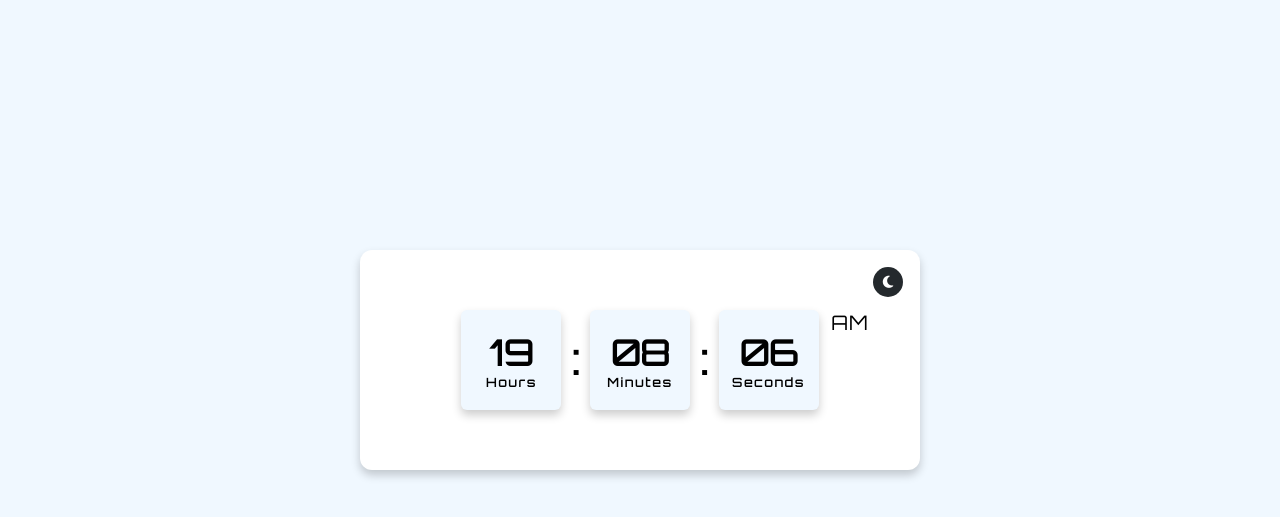
Repository: HueVu99/ComPonents
Page: Dynamic Digital Clock/index.html
The author's editor kept a copy of each file at every save. The page is drawn from the files as they stood at one save, then again after a run of saves.
The browser window is 1280 px wide. The pictures show the whole page.
Some web libraries are served in a nearby version.

Above is the page before, as saved 2022-07-08 19:59:47.

### Dynamic Digital Clock/index.html
<!DOCTYPE html>
<html lang="en">
<head>
    <meta charset="UTF-8">
    <meta http-equiv="X-UA-Compatible" content="IE=edge">
    <meta name="viewport" content="width=device-width, initial-scale=1.0">
    <title>Document</title>
    <link rel="stylesheet" href="style.css">
    <link rel="stylesheet" href="https://cdnjs.cloudflare.com/ajax/libs/font-awesome/6.1.1/css/all.min.css">
</head>
<body>
    <section>
        <div class="container">
            <div class="icons">
                <i class="fas fa-moon"></i>
                <i class="fas fa-sun"></i>
            </div>
            <div class="time">
              <div class="time-colon">
                <div class="time-text">
                    <span class="num hour_num"> 08</span>
                    <span class="text">Hours</span>
                </div>
                <span class="colon">:</span>
               </div>
            <div class="time-colon">
                <div class="time-text">
                    <span class="num min_num"> 08</span>
                    <span class="text">Minutes</span>
                </div>
                <span class="colon">:</span>
            </div>
            <div class="time-colon">
                <div class="time-text">
                    <span class="num sec_num"> 06</span>
                    <span class="text">Seconds</span>
                </div>
                <span class="am_pm">AM</span>
                 </div>
            </div>
        </div>
    </section>
    <script src="main.js"></script>
</body>
</html>

### Dynamic Digital Clock/style.css
@import url('https://fonts.googleapis.com/css2?family=Orbitron&family=Poppins:wght@200&display=swap');
*{
    margin: 0;
    padding: 0;
    box-sizing:border-box;
    font-family:"Orbitron",sans-serif;
    transition:  all 0.4 ease;
}
section{
    min-height: 100vh;
    width: 100%;
    display: flex;
    align-items: center;
    justify-content: center;
    background: #F0F8FF;
}
section.dark{
    background: #24292D;
}
section .container{
    display: flex;
    align-items: center;
    justify-content: center;
    height: 220px;
    max-width: 560px;
    width: 100%;
    background: #fff;
    box-shadow: 0 5px 10px rgba(0 , 0 , 0, 0.2);
    border-radius: 12px;
    position: relative;
}
section.dark .container{
    background: #323840;
}
section .container .icons i{
    position: absolute;
    right: 17px;
    top: 17px;
    height: 30px;
    width: 30px;
    background: #24292D;
    color: #fff;
    text-align:center;
    line-height: 30px;
    border-radius: 50%;
    font-size: 14px;
    cursor: pointer;
}
section.dark .container .icons i{
    background: #fff;
    color: #323840;
}
section .container .icons i.fa-sun{
    opacity: 0;
    pointer-events: none;
}
section.dark .container .icons i.fa-sun{
    opacity: 0;
    pointer-events: auto;
    font-size: 16px;
}
section .container .time{
    display: flex;
    align-items: center;
}
.container .time .time-colon{
    display: flex;
    align-items: center;
    position: relative;
}
.time .time-colon .am_pm{
    position: absolute;
    top: 0;
    right: -50px;
    font-size: 20px;
    font-weight: 700px;
    letter-spacing: 1px;
}
section.dark .time .time-colon .am_pm{
    color: #fff;
}
.time .time-colon .time-text{
    width: 100px;
    height: 100px;
    display: flex;
    align-items: center;
    flex-direction: column;
    justify-content: center;
    background: #F0F8FF;
    border-radius: 6px;
    box-shadow: 0 5px 10px rgba(0 , 0, 0, 0.2);
}
section.dark .time .time-colon .time-text{
    background: #24292D;
}
.time .time-colon .time-text,
.time .time-colon .colon{
    font-size:35px;
    font-weight: 600;
}
section.dark .time .time-text,
section.dark .time .colon{
color:#fff
}
.time .time-colon .colon{
    font-size: 40px;
    margin: 0 10px;
}

.time .time-colon .time-text .text{
    font-size: 12px;
    font-weight: 700;
    letter-spacing: 2px;
}
section.dark.time .time-colon .text{
    color:#fff
}

### Dynamic Digital Clock/main.js
let section = document.querySelector("section");
let icons = document.querySelector(".icons");

icons.onclick =() =>{
    section.classList.toggle("dark");
}
setInterval(()=>{

   let date = new Date() ,
   hour = date.getHours();
   console.log("~ hour", hour)
   document.querySelector(".hour_num").innerText = hour;

},1000)

After the next 2 saves:
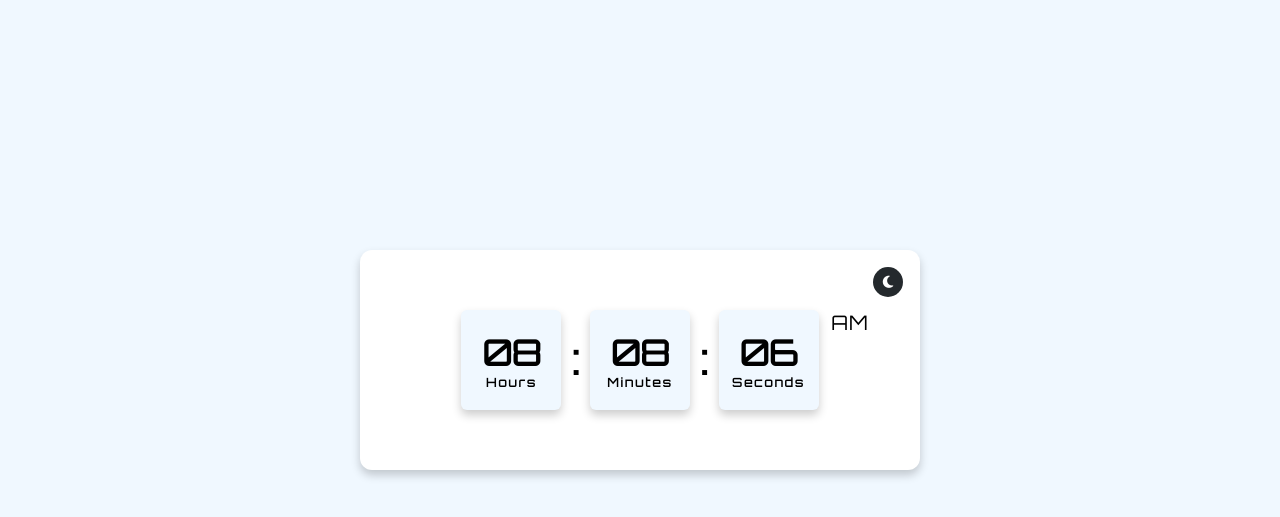
Console error: SyntaxError: Unexpected token '}'
The 2 saves are shown as one change because they came seconds apart.
The last was saved 34 s later.
--- a/Dynamic Digital Clock/main.js
+++ b/Dynamic Digital Clock/main.js
@@ -10,5 +10,5 @@
    hour = date.getHours();
    console.log("~ hour", hour)
    document.querySelector(".hour_num").innerText = hour;
-
+   min=
 },1000)

After the 2 saves that followed:
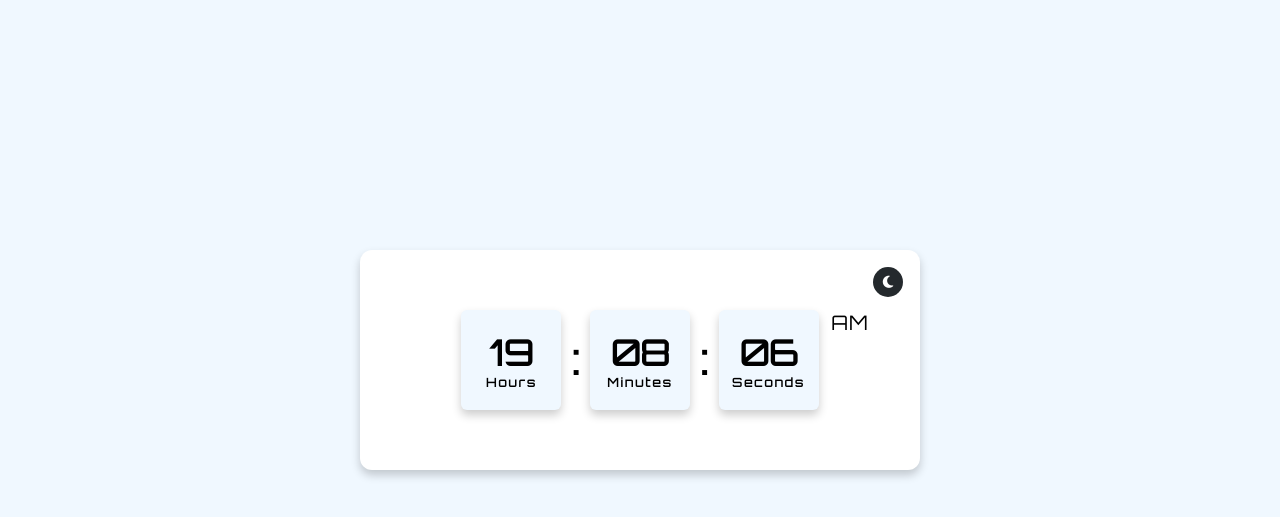
The error is gone.
The 2 saves are shown as one change because they came seconds apart.
The last was saved 8 s later.
--- a/Dynamic Digital Clock/main.js
+++ b/Dynamic Digital Clock/main.js
@@ -10,5 +10,5 @@
    hour = date.getHours();
    console.log("~ hour", hour)
    document.querySelector(".hour_num").innerText = hour;
-   min=
+   min = date
 },1000)
